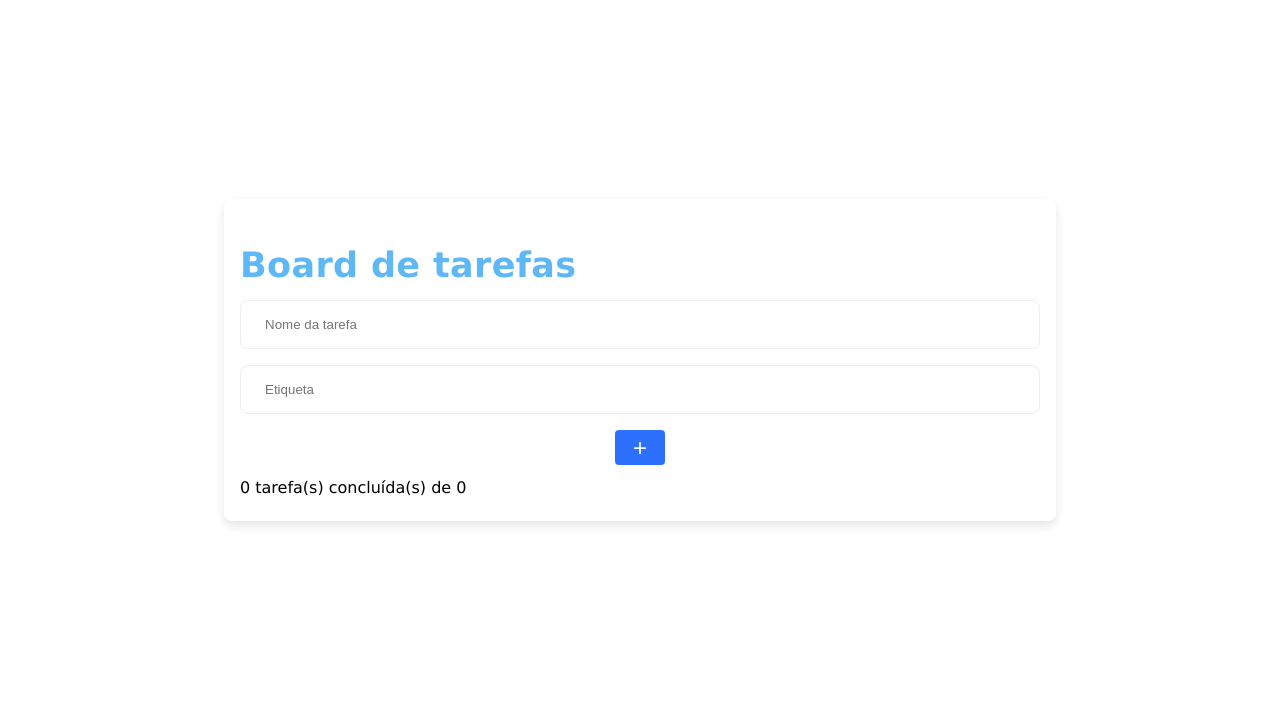
Repository: elasoares/RID187500_Desafio3
Page: index.html
The author's editor kept a copy of each file at every save. The page is drawn from the files as they stood at one save, then again after a run of saves.
The browser window is 1280 px wide. The pictures show the whole page.

Above is the page before, as saved 2024-12-03 19:24:47.

After the next 2 saves:
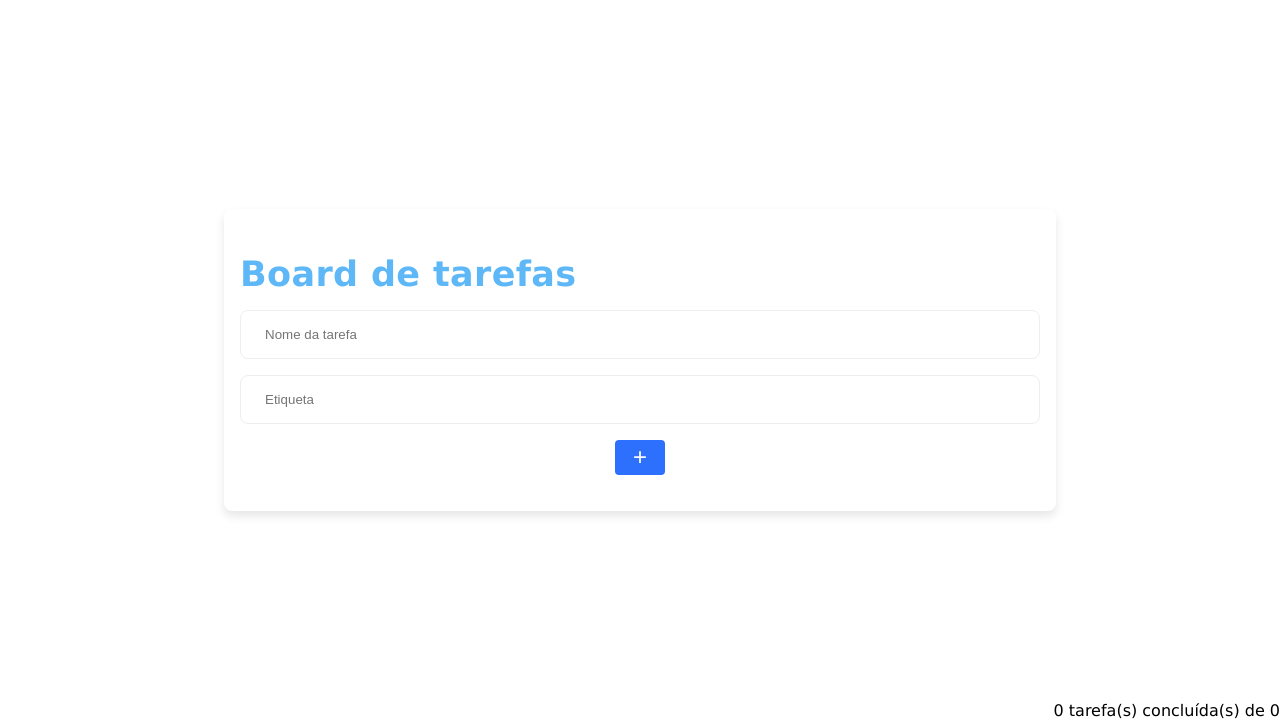
The 2 saves are shown as one change because they came seconds apart.
The last was saved 12 s later.
--- a/style.css
+++ b/style.css
@@ -236,11 +236,12 @@ input:focus {
 footer {
     width: 100%;
     display: flex;
-    flex-direction: row-reverse;
+/*     flex-direction: row-reverse; */
     justify-content: flex-end;
     font-size: 1.6rem;
     align-items: center;
-
+    position: fixed;
+    bottom: 0;
 }
 
 @media (min-width: 768px) {
